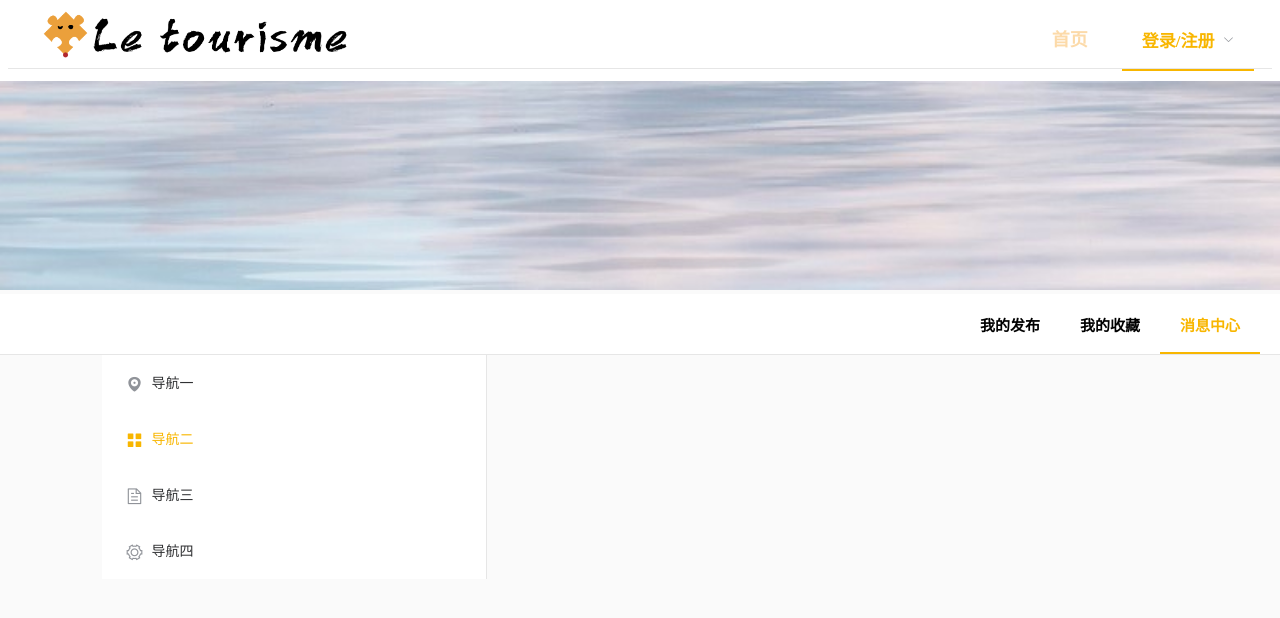
Repository: linxuerou0129/2020.08.31
Page: /Message
These files come from the project's save history. The page is drawn as it stood at one moment and after the next save; the edit follows.
The browser window is 1280 px wide. The pictures show the whole page.
The page's requests for data from a server got no answer. The project was rebuilt for these pictures with package versions that can differ from the ones it lists, and the page was loaded fresh each time. No one was signed in, and anything a server would have sent is missing. Also part of the build but not shown: src/views/Home.vue.

Above is the page before, as saved 2020-08-29 22:39:09.

### src/main.js

import ElementUI from 'element-ui' //新添加
import '../theme/index.css' //新添加，避免后期打包样式不同，要放在import App from './App';之前

import Vue from 'vue'
import App from './App.vue'
import router from './router'

Vue.use(ElementUI)   //新添加

import axios from 'axios'
axios.defaults.withCredentials = true;

Vue.config.productionTip = false

new Vue({
  router,
  render: h => h(App)
}).$mount('#app')

import VDistpicker from 'v-distpicker'
Vue.component('v-distpicker', VDistpicker);

### src/App.vue
<template>
<div id="app">
<el-menu :default-active="$route.path" class="el-menu-demo" mode="horizontal" @select="handleSelect" text-color="#FCDAA9" active-text-color="#f8b600" router>
  <img src="./assets/logo.png" width="55" class="logo">
  <img src="./assets/tittle.png" width="270">
  <el-menu-item index="/" class="head1"><strong>首页</strong></el-menu-item>
  <el-submenu class="head3" v-if="login" index="/Edit">
    <template slot="title">
      <el-avatar :src="circleUrl"></el-avatar>
    </template>
    <el-menu-item index="/Edit">
      我的设置
    </el-menu-item>
    <el-menu-item index="/Publish">
      发布游记
    </el-menu-item>
    <el-menu-item index="/Published">
      个人中心
    </el-menu-item>
    <el-menu-item index="/MyCollect">
      我的收藏
    </el-menu-item>
    <el-menu-item index="/Message">
      消息中心
    </el-menu-item>
    <el-menu-item  @click="logout">
      退出
    </el-menu-item>
  </el-submenu>
  <el-submenu v-if="!login"  class="head4" index=1>
    <template slot="title">
      <strong>登录/注册</strong>
    </template>
    <el-menu-item @click="dialogFormVisible = true">
      注册
    </el-menu-item>
    <el-menu-item @click="loginFormShow = true">
      登录
    </el-menu-item>
  </el-submenu>
</el-menu>
<router-view></router-view>
<el-dialog title="注册" :visible.sync="dialogFormVisible">
  <el-form :model="formZhuce"  ref="formZhuce" status-icon :rules="rules">
    <el-form-item
      prop="email"
      label="邮箱"
      :rules="[
        { required: true, message: '请输入邮箱地址', trigger: 'blur' },
        { type: 'email', message: '请输入正确的邮箱地址', trigger: ['blur', 'change'] }
      ]"
    >
      <el-input v-model="formZhuce.email"></el-input>
      <el-button size="mini" @click="submitEmail" round>获取验证码</el-button>
    </el-form-item>
    <el-form-item label="验证码" prop="check">
      <el-input v-model="formZhuce.check"></el-input>
    </el-form-item>
    <el-form-item label="用户昵称" prop="name">
      <el-input v-model="formZhuce.name"></el-input>
    </el-form-item>
    <el-form-item label="密码" prop="pass">
      <el-input type="password" v-model="formZhuce.pass" autocomplete="off"></el-input>
    </el-form-item>
    <el-form-item label="确认密码" prop="checkPass">
      <el-input type="password" v-model="formZhuce.checkPass" autocomplete="off"></el-input>
    </el-form-item>
    <el-form-item>
      <el-button type="primary" @click="submitForm('formZhuce')">注册</el-button>
      <el-button @click="dialogFormVisible = false">取消</el-button>
    </el-form-item>
  </el-form>
</el-dialog>
<el-dialog title="登录" :visible.sync="loginFormShow">
  <el-form :model="formLogin"  ref="formLogin" status-icon :rules="rules">
    <el-form-item
      prop="email"
      label="邮箱"
      :rules="[
        { required: true, message: '请输入邮箱地址', trigger: 'blur' },
        { type: 'email', message: '请输入正确的邮箱地址', trigger: ['blur', 'change'] }
      ]"
    >
      <el-input v-model="formLogin.email"></el-input>
    </el-form-item>
    <el-form-item label="密码" prop="pass">
      <el-input type="password" v-model="formLogin.pass" autocomplete="off"></el-input>
    </el-form-item>
    <el-form-item>
      <a href="/Forget">忘记密码</a>
    </el-form-item>
    <el-form-item>
      <el-button type="primary" @click="loginIt('formLogin')">登录</el-button>
      <el-button @click="loginFormShow= false">取消</el-button>
    </el-form-item>
  </el-form>
</el-dialog>
</div>
</template>
<style>
    .el-menu--horizontal>.el-submenu .el-submenu__title {
        font-size: 17px;
    }
</style>
<style scoped>
.avatar-uploader {
    border: 1px dashed black;
    border-radius: 6px;
    cursor: pointer;
    position: relative;
    overflow: hidden;
    width: 178px;
    height: 178px;
  }
  .avatar-uploader-icon {
    font-size: 28px;
    color: #8c939d;
    width: 178px;
    height: 178px;
    line-height: 178px;
    text-align: center;
  }
  .avatar {
    width: 178px;
    height: 178px;
    display: block;
  }
.logo{
  position: fixed;
  top: 1%;
  left: 3%;
}
.head1{
  position: relative;
  left: 81%;
  font-size: 18px;
}
.head3{
  position: fixed;
  right:4.5%;
  top: 1.3%;
  font-size: 18px;
}
.head4{
  position: fixed;
  right: 2%;
  top: 1.5%;
  font-size: 18px!important;
}
</style>

<script>
import { Message } from 'element-ui';
import axios from 'axios'
export default {
    data() {
       var validatePass = (rule, value, callback) => {
        if (value === '') {
          callback(new Error('请输入密码'));
        } else {
          if (this.formZhuce.checkPass !== '') {
            this.$refs.formZhuce.validateField('checkPass');
          }
          callback();
        }
      };
      var validatePass2 = (rule, value, callback) => {
        if (value === '') {
          callback(new Error('请再次输入密码'));
        } else if (value !== this.formZhuce.pass) {
          callback(new Error('两次输入密码不一致!'));
        } else {
          callback();
        }
      };
      return {
        circleUrl: "http://106.75.157.168:5657/api/static/touxiang.png",
        activeIndex: '1',
        activeIndex2: '1',
        login:false,
        dialogFormVisible:false,
        loginFormShow:false,
        setFormShow:false,
        formZhuce: {
          email:'',
          pass:'',
          checkPass:'',
          name:'',
          check:''
        },
        formLogin:{
          email:'',
          pass:''
        },
        imageUrl: '',
        rules: {
          pass: [
            { validator: validatePass, trigger: 'blur' }
          ],
          checkPass: [
            { validator: validatePass2, trigger: 'blur' }
          ],
          check:[
            { required: true, message: '请输入验证码', trigger: 'blur'},
            { min: 4, max: 4, message: '长度为4个字符', trigger: 'blur' }
          ],
          name:[
            { required: true, message: '请输入用户昵称', trigger: 'blur' },
            { min: 4, max: 16, message: '长度在 4 到 16 个字符', trigger: 'blur' }
          ],
        }
      };
    },
    methods: {
      handleSelect(key, keyPath) {
        console.log(key, keyPath);
      },
      submitForm(formName) {
        this.$refs[formName].validate((valid) => {
          if (valid) {
              axios.post('http://106.75.157.168:5657/api/register', {
                register_email: this.formZhuce.email,
                register_name:this.formZhuce.name,
                register_password:this.formZhuce.pass,
                register_code:this.formZhuce.check
              })
            .then((response) =>{
              console.log(response.data);
              if(response.data.status=="success"){
                this.dialogFormVisible = false;
                Message.success('注册成功');
              }
              else{
                Message.error(response.data.status)
              }
            })
            .catch(function (error) {
              console.log(error);
            });
          }
          else {
            console.log('error submit!!');
            return false;
          }
        });
      },
      submitEmail(){
        var reg = /^[a-zA-Z0-9]+@[a-z0-9]{2,5}\.[a-z]{2,3}(\.[a-z]{2,3})?$/;
        var result = reg.test(this.formZhuce.email);
        if(this.formZhuce.email==''){
          this.$message({
                    message: '邮箱不可为空',
                    type: 'warning'
                });
        }
        else if(!result){
          this.$message({
                    message: '邮箱输入有误',
                    type: 'warning'
                });
        }
        else{
          axios.post('http://106.75.157.168:5657/api/send_email', {
              email: this.formZhuce.email,
              type:6
            })
          .then((response)=> {
            console.log(response.data);
            Message.success('发送成功，请注意查收')
          })
          .catch(function (error) {
            console.log(error);
          });
        }
      },
      loginIt(formName) {
        this.$refs[formName].validate((valid) => {
          if (valid) {
            axios.post('http://106.75.157.168:5657/api/login', {
                login_id: this.formLogin.email,
                login_password:this.formLogin.pass
              })
            .then((response) =>{
              console.log(response.data);
              if(response.data.status=="success"){
                this.loginFormShow=false;
                this.login=true;
                Message.success('登录成功');
                location.href="/";
              }
              else{
                Message.error('登录失败，请重新登录');
              }
            })
            .catch(function (error) {
              console.log(error);
            });
          }
          else {
            console.log('error submit!!');
            return false;
          }
        });
      },
      logout(){
        axios.get('http://106.75.157.168:5657/api/logout_user')
            .then((response)=>{
              console.log(response.data);
              this.login=false;
              location.href="/";
              Message.success('退出成功');
            })
            .catch(function(error){
                console.log(error);
            });
      },
    },
    watch:{
      login:function(val,oldVal){
           if(val==true){
             axios({
              url:'http://106.75.157.168:5657/api/getinfo',
	            method: 'get'
            })
            .then((response)=>{
                 console.log(response.data);
                this.circleUrl="http://106.75.157.168:5657/api"+response.data.头像;
            })
            .catch(function(error){
                console.log(error);
            });
           }
        }
    },
    mounted(){
      axios({
            url:'http://106.75.157.168:5657/api/getinfo',
	            method: 'get'
            })
            .then((response)=>{
                 console.log(response.data);
                this.login=true
                this.circleUrl="http://106.75.157.168:5657/api"+response.data.头像;
                console.log("http://106.75.157.168:5657/api"+response.data.头像)
            })
            .catch(function(error){
                console.log(error);
            });
    }
  }
</script>

### src/router/index.js
import Vue from 'vue'
import VueRouter from 'vue-router'
import Home from '../views/Home.vue'

Vue.use(VueRouter)

  const routes = [
  {
    path: '/',
    name: 'Home',
    component: Home
  },
  {
    path: '/Edit',
    name: 'Edit',
    component: () => import(/* webpackChunkName: "about" */ '../views/Edit.vue')
  },
  {
    path: '/Published',
    name: 'Published',
    component: () => import(/* webpackChunkName: "about" */ '../views/Published.vue')
  },
  {
    path: '/MyCollect',
    name: 'MyCollect',
    component: () => import(/* webpackChunkName: "about" */ '../views/MyCollect.vue')
  },
  {
    path: '/Message',
    name: 'Message',
    component: () => import(/* webpackChunkName: "about" */ '../views/Message.vue')
  },
  {
    path: '/Forget',
    name: 'Forget',
    component: () => import(/* webpackChunkName: "about" */ '../views/Forget.vue')
  },
  {
    path: '/Publish',
    name: 'Publish',
    component: () => import(/* webpackChunkName: "about" */ '../views/Publish.vue')
  },
  {
    path: '/Show',
    name: 'Show',
    component: () => import(/* webpackChunkName: "about" */ '../views/Show.vue')
  },
]

const router = new VueRouter({
  mode: 'history',
  base: process.env.BASE_URL,
  routes
})

export default router

### src/views/Message.vue
<template>
<div class="content">
    <img src="../assets/map.jpg" style="width:100%">
    <el-menu
    :default-active="$route.path"
    class="el-menu-demo"
    mode="horizontal"
    @select="handleSelect"
    text-color="black"
    active-text-color="#f8b600"
    router>
        <el-menu-item index="/Published" class="head1"><strong>我的发布</strong></el-menu-item>
        <el-menu-item index="/MyCollect" class="head1"><strong>我的收藏</strong></el-menu-item>
        <el-menu-item index="/Message" class="head1"><strong>消息中心</strong></el-menu-item>
    </el-menu>
    <div class="body">
        <el-menu
        default-active="2"
        class="left">
        <el-menu-item index="1">
            <template slot="title">
            <i class="el-icon-location"></i>
            <span>导航一</span>
            </template>
        </el-menu-item>
        <el-menu-item index="2">
            <i class="el-icon-menu"></i>
            <span slot="title">导航二</span>
        </el-menu-item>
        <el-menu-item index="3">
            <i class="el-icon-document"></i>
            <span slot="title">导航三</span>
        </el-menu-item>
        <el-menu-item index="4">
            <i class="el-icon-setting"></i>
            <span slot="title">导航四</span>
        </el-menu-item>
        </el-menu>
    </div>
</div>
</template>

<script>
import axios from 'axios'
export default {
    data(){
        return{
        }
    },
    methods:{
        handleSelect(key, keyPath) {
            console.log(key, keyPath);
        }
    },
    created(){
      axios({
            url:'http://106.75.157.168:5657/api/getinfo',
	            method: 'get'
            })
            .then((response)=>{
                 console.log(response.data);
                 this.imageUrl="http://106.75.157.168:5657/api"+response.data.头像;
                 this.name=response.data.用户名;
            })
            .catch(function(error){
                console.log(error);
            });
    }
}
</script>

<style scoped>
.left{
    width: 30%;
    margin-left: 8%;
}
.head1{
  position: relative;
  left: 75%;
  font-size: 15px;
}
.body{
    display: -webkit-flex; /* Safari */
    display: flex;
    flex-direction: row;
    margin-bottom: 2%;
}
.content{
  width: 100%;
   top: 11.3%;

    bottom:0;

    position:fixed;

    overflow-y:scroll;

    overflow-x:hidden;
  right: 0;
  background-color: #FAFAFA;
}
</style>

Loaded but not shown: public/index.html (common file); theme/index.css (library)

After the next save:
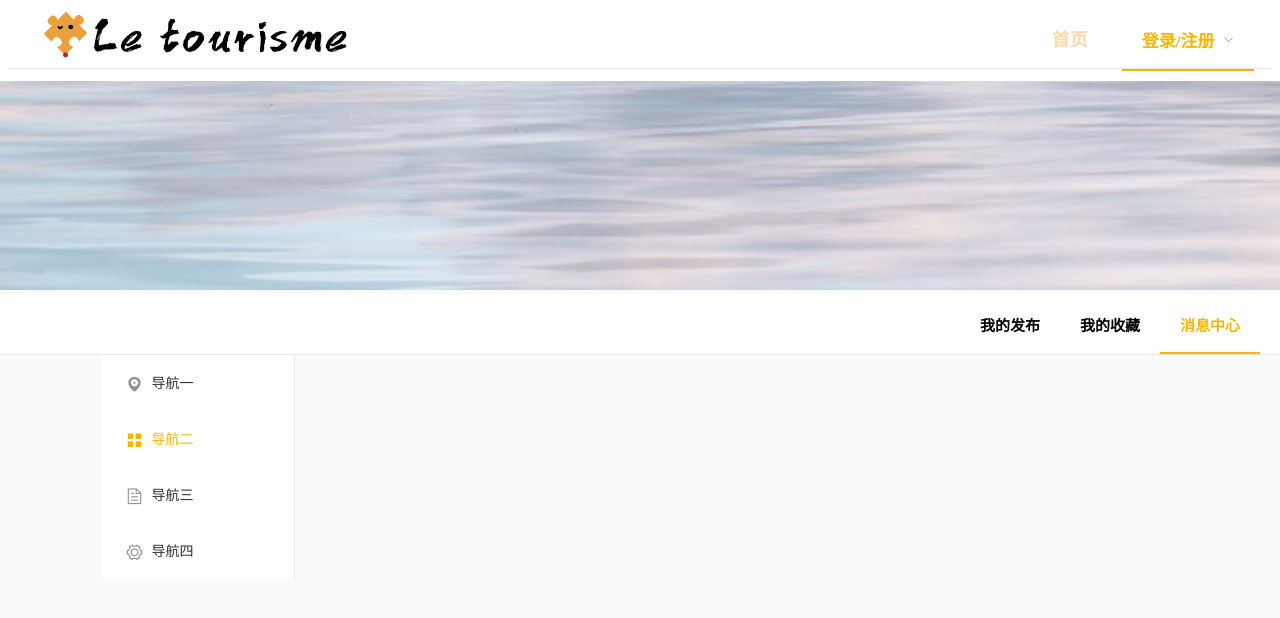
Saved 37 s later.
--- a/src/views/Message.vue
+++ b/src/views/Message.vue
@@ -71,7 +71,7 @@ export default {
 
 <style scoped>
 .left{
-    width: 30%;
+    width: 15%;
     margin-left: 8%;
 }
 .head1{
